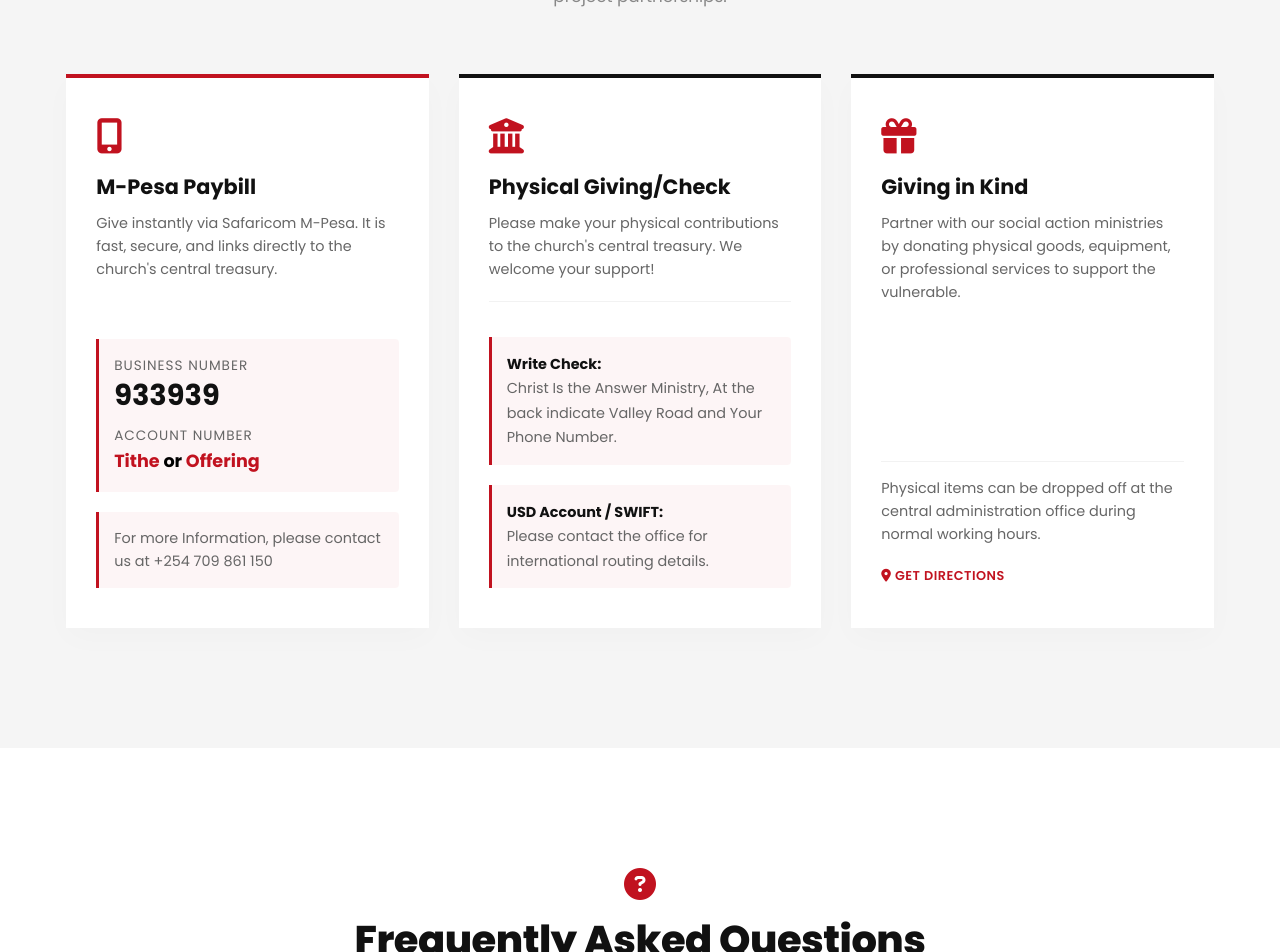
Repository: jereworks/CITAMVRD-Website
Page: give.html
These files come from the project's save history. The page is drawn as it stood at one moment and after a run of saves; the edit follows.
The browser window is 1280 px wide. The pictures show the part of the page from y = 747 to 1699 px (the page is 2565 px tall).

Above is the page before, as saved 2026-06-12 07:29:14.

After the next 3 saves:
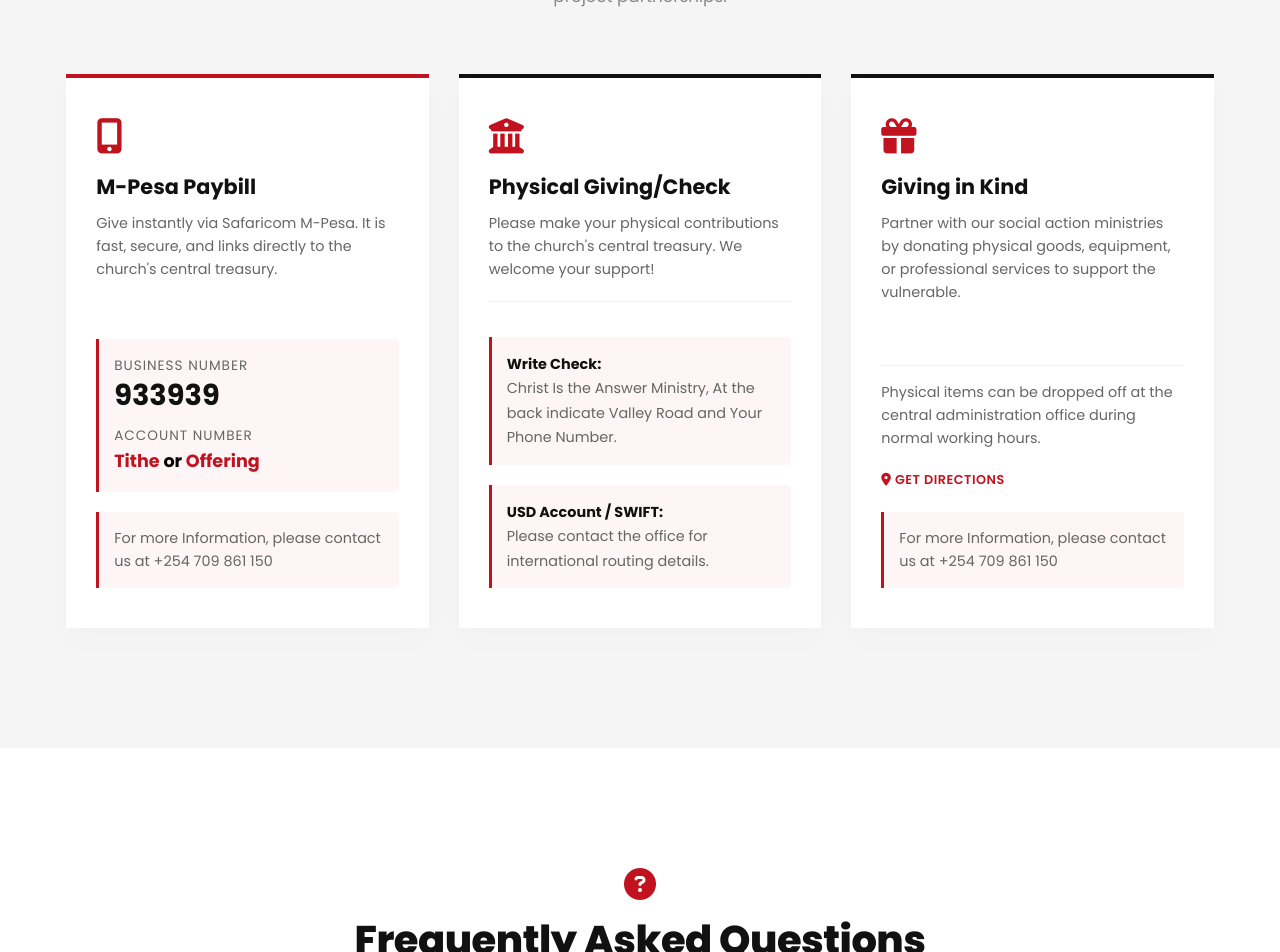
The 3 saves are shown as one change because they came seconds apart.
The last was saved 3 min 29 s later.
--- a/give.html
+++ b/give.html
@@ -140,6 +140,11 @@
                         <p style="font-size: 0.9rem; margin-bottom: 15px;">Physical items can be dropped off at the central administration office during normal working hours.</p>
                         <a href="contact.html" class="action-link" style="color: var(--primary);"><i class="fas fa-map-marker-alt"></i> Get Directions</a>
                     </div>
+
+                    <div style="background: rgba(193, 18, 31, 0.04); border-left: 3px solid var(--primary); padding: 15px; margin-top: 20px; border-radius: 0 4px 4px 0;">
+                        <p style="flex-grow: 1;">For more Information, please contact us at +254 709 861 150</p>
+                    </div>
+
                 </div>
 
             </div>
